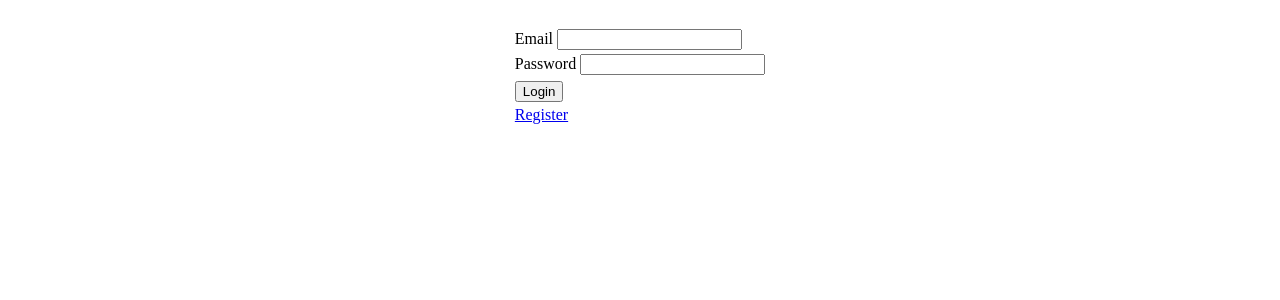
Repository: sachinkolhe43/dmc_code
Page: adt__/VendorNAdmin/src/main/resources/static/login.html
The author's editor kept a copy of each file at every save. The page is drawn from the files as they stood at one save, then again after the next save.
The browser window is 1280 px wide. The pictures show the whole page.

Above is the page before, as saved 2023-05-28 07:21:23.

After the next save:
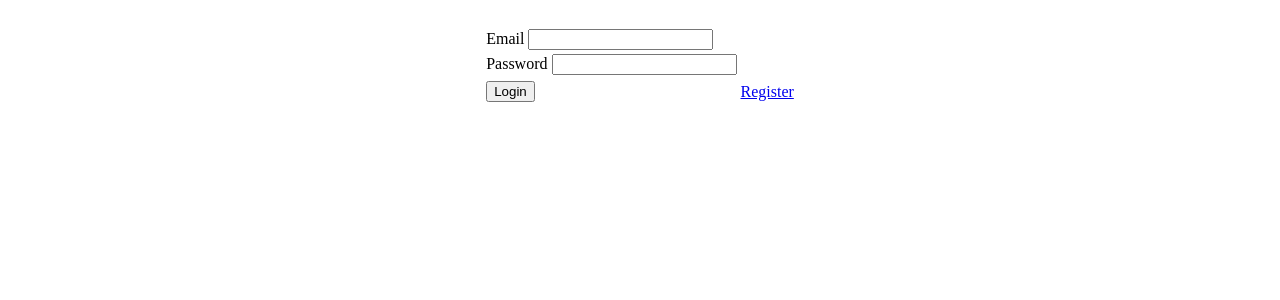
Saved 23 s later.
--- a/adt__/VendorNAdmin/src/main/resources/static/login.html
+++ b/adt__/VendorNAdmin/src/main/resources/static/login.html
@@ -17,10 +17,10 @@
 		<tr>
 		<tr>
 			<td><button type="submit">Login</button></td>
+
+			<td><a href="register">Register</a>
 		</tr>
-		<tr>
-		<td><a href="register">Register</a>
-		</tr>
+
 		</table>
 		</form>
 	</div>
